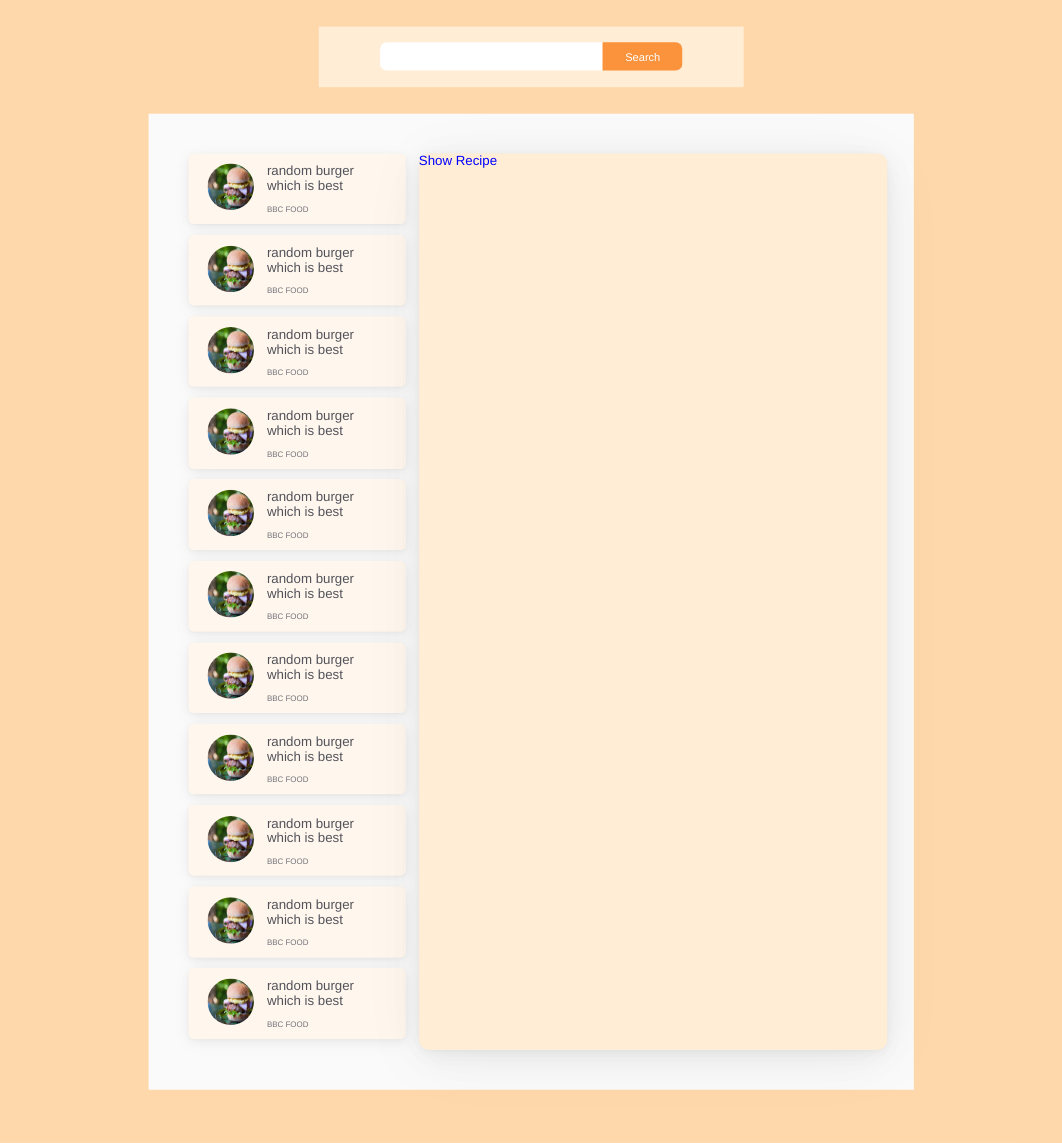
Repository: sandipkarmokar/recipeApp
Page: /
These files come from the project's save history. The page is drawn as it stood at one moment and after the next save; the edit follows.
The browser window is 1280 px wide. The pictures show the whole page, at 83% of full size.
The project was rebuilt for these pictures with package versions that can differ from the ones it lists, and the page was loaded fresh each time.

Above is the page before, as saved 2022-04-16 12:33:42.

After the next save:
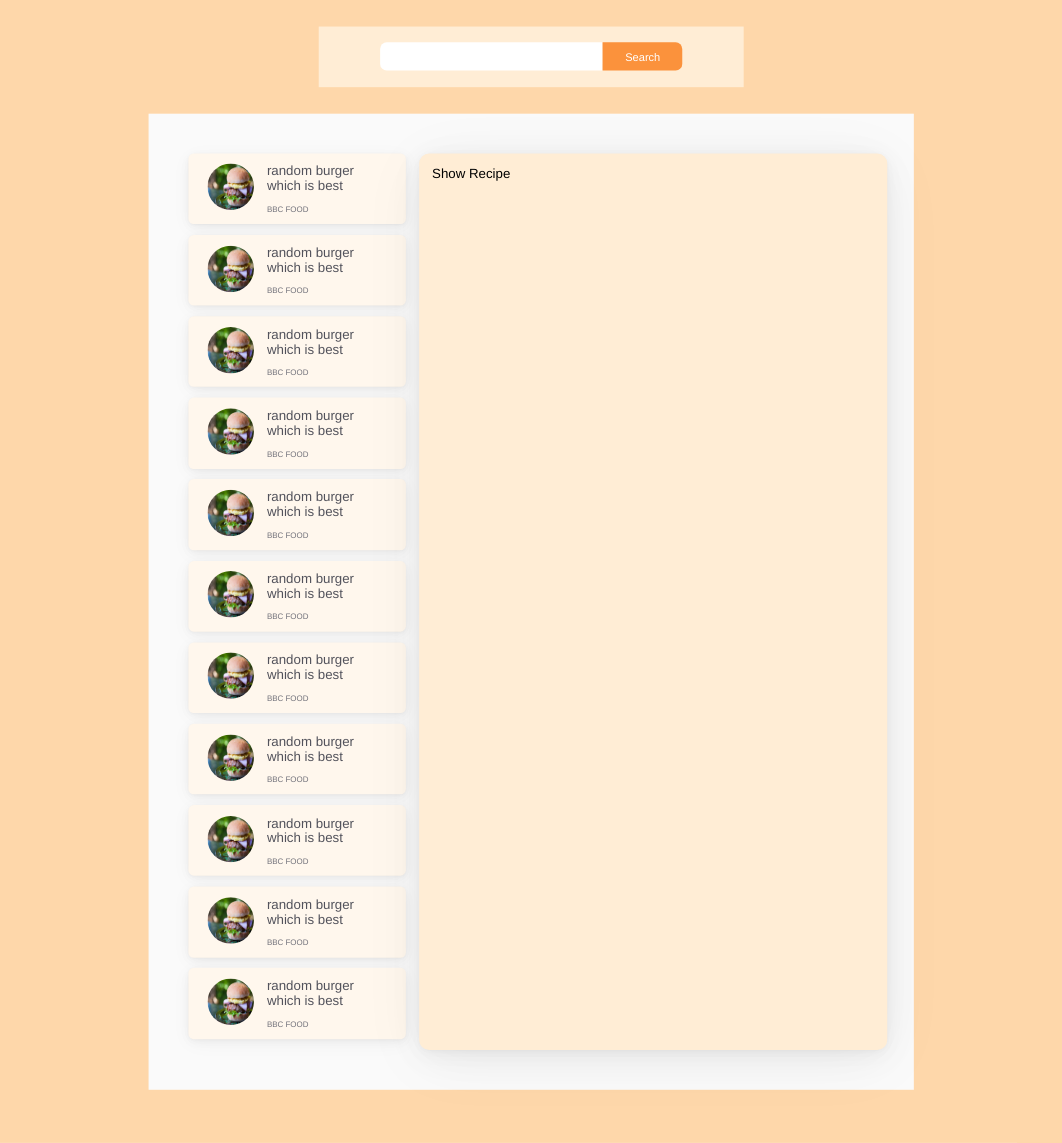
Saved 14 s later.
--- a/src/App.css
+++ b/src/App.css
@@ -141,5 +141,5 @@
     margin: 1rem 0;
 }
 .app .app-container .recipe-modal .recipeShow .recipeShow-container {
-    color: blue;
+    padding: 1rem;
 }
